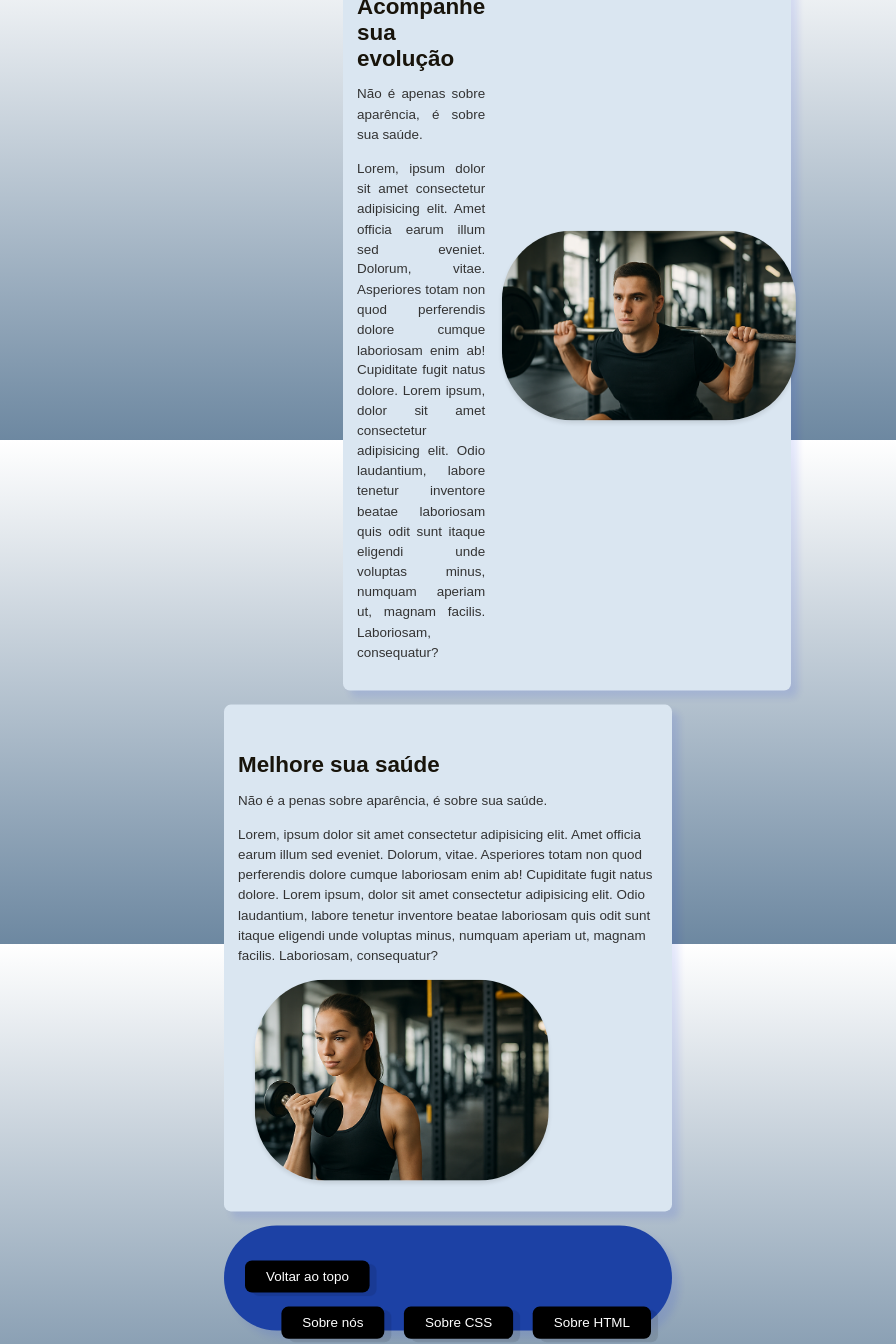
Repository: LuidyOn/Site_Forca_Total
Page: ForçaTotal/index.html
These files come from the project's save history. The page is drawn as it stood at one moment and after the next save; the edit follows.
The browser window is 1280 px wide. The pictures show the part of the page from y = 1532 to 3452 px (the page is 3452 px tall), at 70% of full size.
Backgrounds fixed to the window are drawn as part of the page.

Above is the page before, as saved 2025-05-19 14:09:09.
Not found: ForçaTotal/js/script.js

### ForçaTotal/index.html
<!DOCTYPE html>
<html lang="pt-br">

<head>
    <meta charset="UTF-8">
    <meta name="viewport" content="width=device-width, initial-scale=1.0">
    <title>Força Total</title>
    <link rel="stylesheet" href="css/style.css">
    <link rel="shortcut icon" href="img/icons/logo.ico" type="image/x-icon">
</head>

<body>
    <header style="display: flex; align-items: center; justify-content: center; gap: 16px; padding: 8px 0; position: fixed; top: 0; left: 0; width: 100%; background: #1c41a5; z-index: 1000; box-shadow: 0 2px 8px rgba(0,0,0,0.05);">
        <img src="img/logo.jpg" alt="Imagem logo" style="height: 50px; width: auto;">
        <div style="text-align: left;">
            <h1 style="margin: 0; font-size: 1.5em;">Força Total</h1>
            <p style="margin: 0; color: rgb(207, 207, 207); font-size: 0.95em;">Parece uma Moça? Totalize sua Força!</p>
        </div>
    </header>
    <div style="height: 74px;"></div>

<img src="img/bannerpeso.png" alt="mulher com peso" style="width: 100%; height: auto; margin-top: 20px;">

    <section id="1" style="background-color: #dae6f1; padding: 20px; text-align: justify; margin-left: 150px; display: flex; align-items: center; justify-content: space-between;">
        <div style="flex: 1;">
            <h2>Escolha seu exercício</h2>
            <p>Não é apenas sobre aparência, é sobre sua saúde.</p>
            <p>Lorem, ipsum dolor sit amet consectetur adipisicing elit. Amet officia earum illum sed eveniet. Dolorum, vitae. Asperiores totam non quod perferendis dolore cumque laboriosam enim ab! Cupiditate fugit natus dolore. Lorem ipsum, dolor sit amet consectetur adipisicing elit. Odio laudantium, labore tenetur inventore beatae laboriosam quis odit sunt itaque eligendi unde voluptas minus, numquam aperiam ut, magnam facilis. Laboriosam, consequatur?</p>
        </div>
        <img src="img/prancha.png" alt="Exercício" style="width: 420px; height: auto; border-radius: 100px; margin-left: 24px;">
    </section>
    <section style="background-color: #dae6f1; padding: 20px; text-align: justify; margin-right: 150px; display: flex; align-items: center; justify-content: space-between;">
        <div style="flex: 1;">
            <h2>Acompanhe sua evolução</h2>
            <p>Não é apenas sobre aparência, é sobre sua saúde.</p>
            <p>Lorem, ipsum dolor sit amet consectetur adipisicing elit. Amet officia earum illum sed eveniet. Dolorum, vitae. Asperiores totam non quod perferendis dolore cumque laboriosam enim ab! Cupiditate fugit natus dolore. Lorem ipsum, dolor sit amet consectetur adipisicing elit. Odio laudantium, labore tenetur inventore beatae laboriosam quis odit sunt itaque eligendi unde voluptas minus, numquam aperiam ut, magnam facilis. Laboriosam, consequatur?</p>
        </div>
        <img src="img/agachamento.png" alt="Exercício" style="width: 420px; height: auto; border-radius: 100px; margin-left: 24px;">
    </section>

    <section class="variante">
        <div style="flex: 1;">
            <h2>Melhore sua saúde</h2>
            <p>Não é a penas sobre aparência, é sobre sua saúde.</p>
            <p>Lorem, ipsum dolor sit amet consectetur adipisicing elit. Amet officia earum illum sed eveniet. Dolorum, vitae. Asperiores totam non quod perferendis dolore cumque laboriosam enim ab! Cupiditate fugit natus dolore. Lorem ipsum, dolor sit amet consectetur adipisicing elit. Odio laudantium, labore tenetur inventore beatae laboriosam quis odit sunt itaque eligendi unde voluptas minus, numquam aperiam ut, magnam facilis. Laboriosam, consequatur?</p>
        </div>
        <img src="img/peso.png" alt="Exercício" style="width: 420px; height: auto; border-radius: 100px; margin-left: 24px;">
    </section>

    <section style=" background-color: #1c41a5; padding: 10px; text-align: justify; height: 150px; padding: 1px 20px;  border-radius: 1000px;">
  <h3 style="text-align: left;">
    <span>
    <a href="index.html"><button id="botao">Voltar ao topo</button></a>
    </span>
    <span style="float: right;">
      <a href="paginas/sobrenos.html"><button>Sobre nós</button></a>
      <a href="paginas/sobrecss.html"><button>Sobre CSS</button></a>
      <a href="paginas/sobreHTML.html"><button>Sobre HTML</button></a>
    </span>
  </h3>

  </section>

    <script src="js/script.js"></script>
</body>
</html>

### ForçaTotal/css/style.css
/* Resetando algumas margens e paddings padrão */
@charset "UTF-8";

* {
  margin: 100;
  padding: 0;
  box-sizing: border-box;

}

body {
  font-family: 'Arial', sans-serif;
  text-align: left;
  background-image: linear-gradient(to bottom, #ffffff, #6d88a1);
  background-attachment: fixed;
  margin: 0;
  padding: 0;
  color: #333;
  width: 100vw;
  min-height: 100vh;
}

header {
  display: flex;
  align-items: center;
  justify-content: center;
  gap: 16px;
  position: fixed;
  top: -20px;
  left: 0;
  width: 100%;
  background: #10315e;
  z-index: 1000;
  box-shadow: 0 2px 8px rgba(0,0,0,0.05);
  background-color: #0a2a83;
  color: white;
  text-align: center;
  padding: 20px;
  font-size: 1.2rem;
}

header img {
  width: 150px;
  margin-bottom: 20px;
  border-radius: 50%;
}

h1 {
  font-size: 2.5rem;
  margin-bottom: 10px;
  font-weight: bold;
}

h2 {
  font-size: 2rem;
  margin-bottom: 10px;
  font-weight: bold;
}

h3 {
  font-size: 1.8rem;
  margin-bottom: 10px;
  font-weight: 300;
  text-align: center;
}

h4 {
  font-size: 1.5rem;
  margin-bottom: 10px;
  font-weight: 300;
  margin-left: 10px;
}

h5 {
  font-size: 1.3rem;
  margin-bottom: 10px;
  font-weight: 300;
  margin-left: 20px;
}

ul {
  padding: 0;
  margin-left: 100px;
}
ol {
  list-style-type: decimal;
  margin: 0;
}

p {
  font-size: 1.2rem;
  font-weight: 300;
}

section {
  padding: 40px 20px;
  background-color: #dae6f1;
  margin: 20px 0;
  border-radius: 10px;
  box-shadow: 10px 10px 10px rgba(0, 42, 228, 0.1);
  width: 50%;
  margin-left: auto;
  margin-right: auto;
  display: block;
  align-items: center;
  justify-content: space-between;
}

.variacao {
  background-color: aqua;

}

section h2 {
  font-size: 2rem;
  margin-bottom: 10px;
  color: rgb(24, 20, 11);
}

section p {
  font-size: 1.2rem;
  line-height: 1.5;
  margin-bottom: 20px;
}

section img {
  width: 25%;
  max-width: 600px;
  border-radius: 10px;
  box-shadow: 0px 4px 6px rgba(0, 0, 0, 0.1);
  margin-left: px;
}

button {
  padding: 12px 30px;
  font-size: 1.2rem;
  background-color: #000000;
  color: white;
  border: none;
  border-radius: 10px;
  cursor: pointer;
  transition: background-color 0.3s ease, transform 0.2s ease;
  margin-top: 20px;
  margin-left: 10px;
  margin-right: 10px;
  box-shadow: 10px 5px 1px rgba(0, 0, 0, 0.1);

}

button:hover {
  background-color: #325f90;
  transform: translateY(-2px);
}

button:active {
  transform: translateY(0);
}

footer {
  background-color: #222;
  color: white;
  padding: 20px;
  font-size: 1rem;
  text-align: center;
  margin-top: 40px;
  left: 0;
  bottom: 0;
  width: 100vw;
  z-index: 100;
}

footer p {
  font-weight: 300;
  margin-left: -1000px;

}

@media screen and (max-width: 768px) {
  header h1 {
      font-size: 2rem;
  }

  section h2 {
      font-size: 1.8rem;
  }

  button {
      padding: 10px 25px;
  }
}

After the next save:
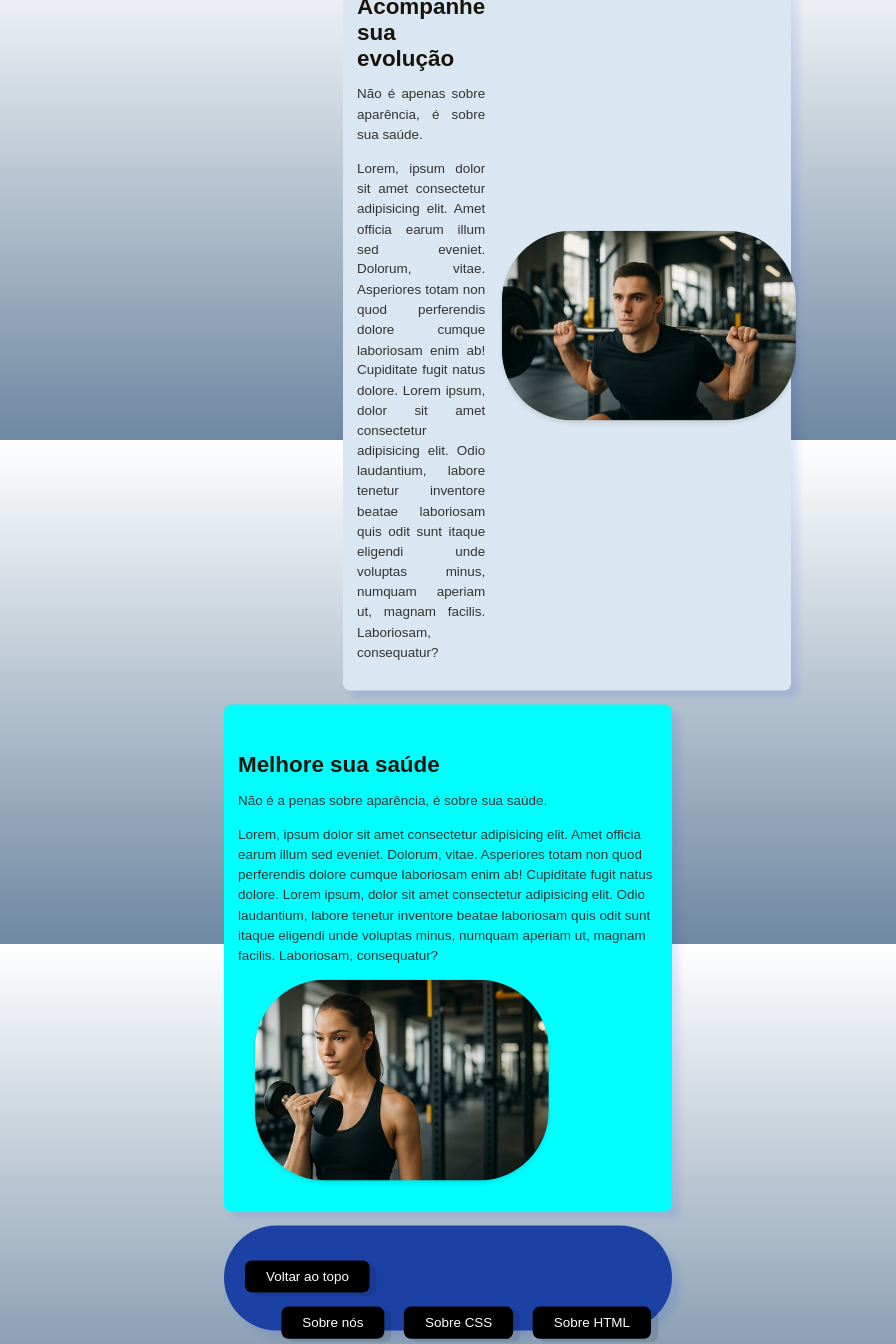
Saved 47 s later.
--- a/ForçaTotal/index.html
+++ b/ForçaTotal/index.html
@@ -38,7 +38,7 @@
         <img src="img/agachamento.png" alt="Exercício" style="width: 420px; height: auto; border-radius: 100px; margin-left: 24px;">
     </section>
 
-    <section class="variante">
+    <section class="variacao">
         <div style="flex: 1;">
             <h2>Melhore sua saúde</h2>
             <p>Não é a penas sobre aparência, é sobre sua saúde.</p>
